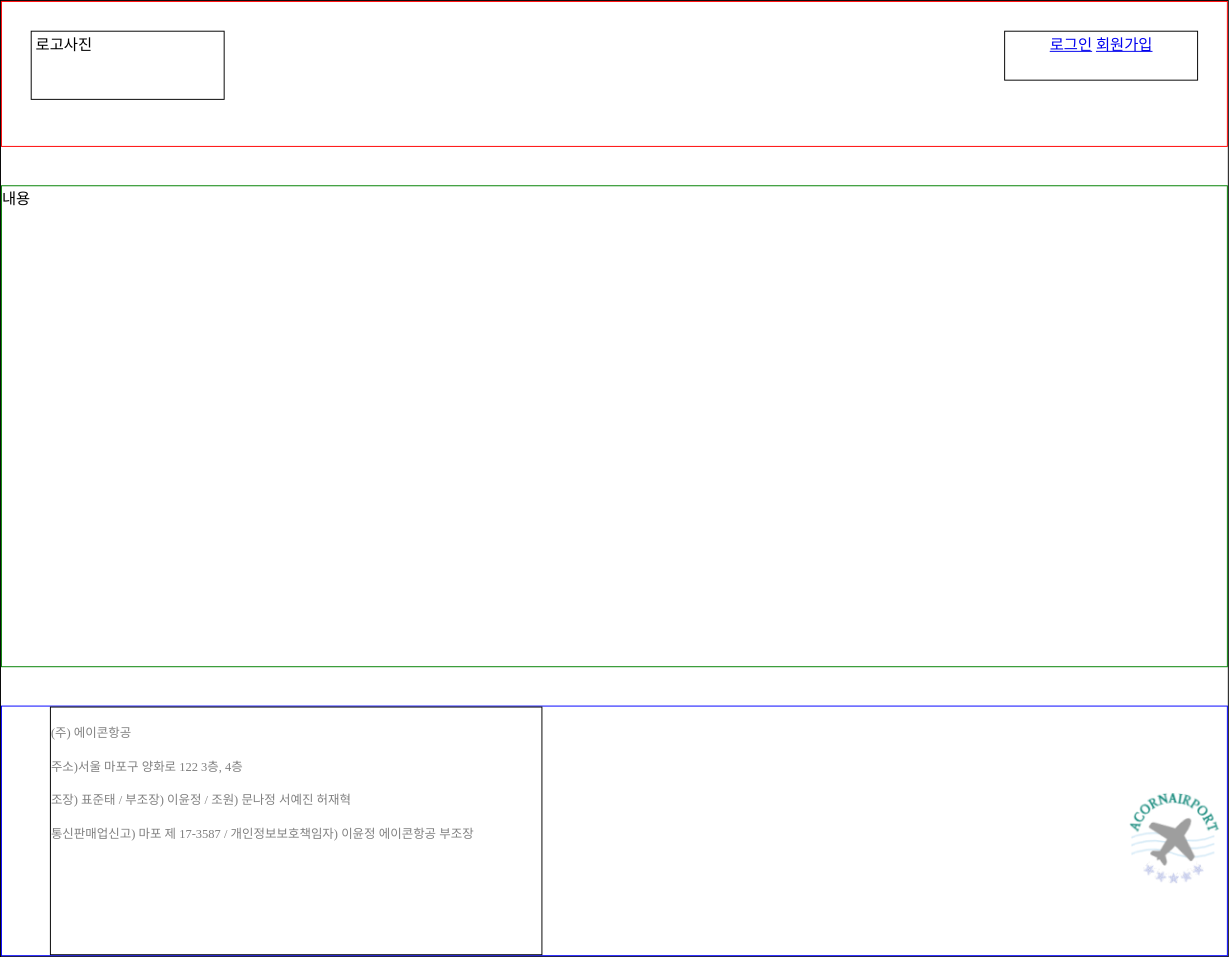
Repository: juntae710/Acorn_AirlineReservation_Project
Page: http://localhost/prj3_1/WEB-INF/views/h_index.jsp
An editor plug-in stored every save of this project. The page is shown before and after the next save, followed by the edit.
The browser window is 1280 px wide. The pictures show the whole page, at 96% of full size.
The page is served by Tomcat 9. Nobody is signed in. The template is opened directly, without the code that normally fills it, so the values that code supplies are empty.

Above is the page before, as saved 2023-09-20 01:52:47.

After the next save:
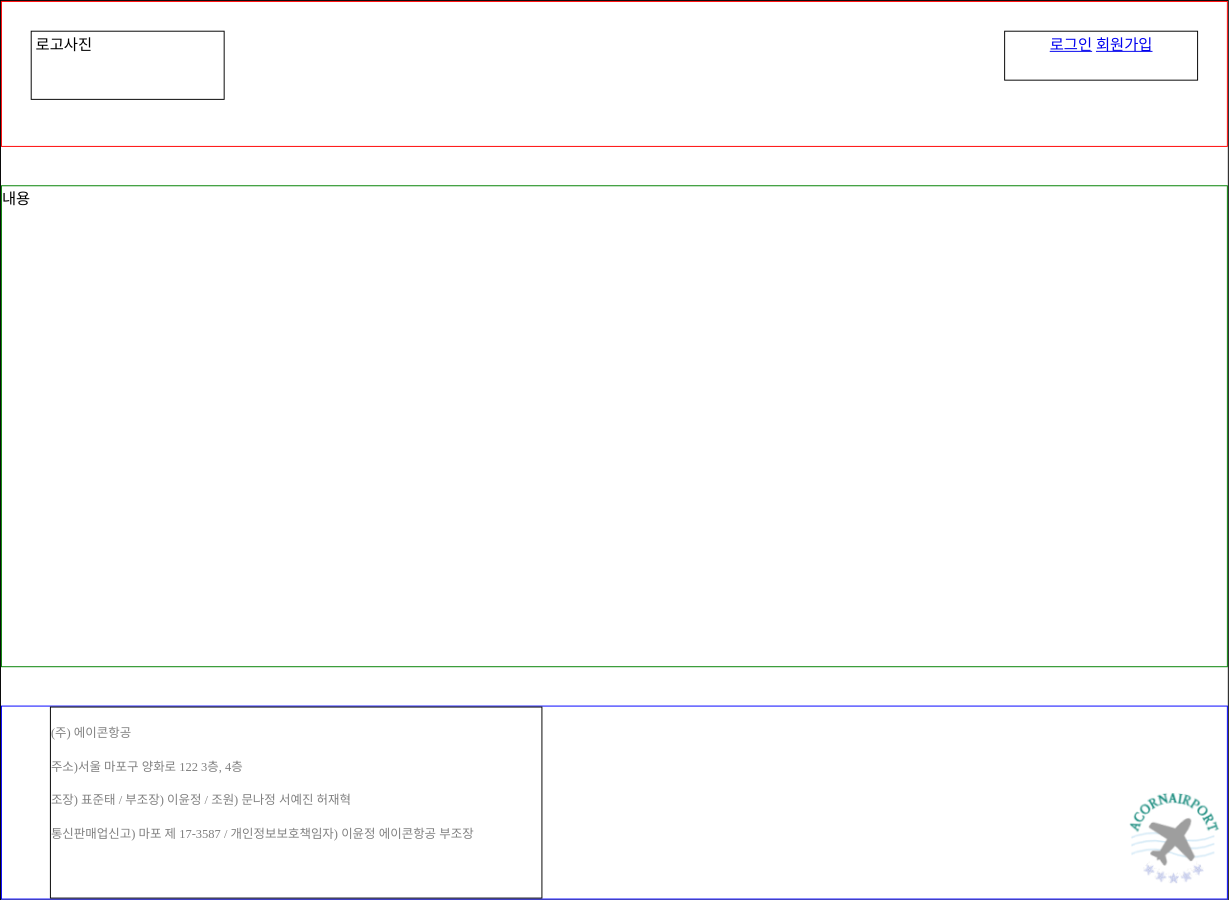
Saved 10 min 32 s later.
--- a/Eclipse/prj3_1/src/main/webapp/WEB-INF/views/h_index.jsp
+++ b/Eclipse/prj3_1/src/main/webapp/WEB-INF/views/h_index.jsp
@@ -49,7 +49,7 @@ section {
 
 footer {
 	border: 1px solid blue;
-	height: 259px;
+	height: 200px;
 	margin-top: 40px;
 	margin-bottom: 0px;
 	display: flex;
